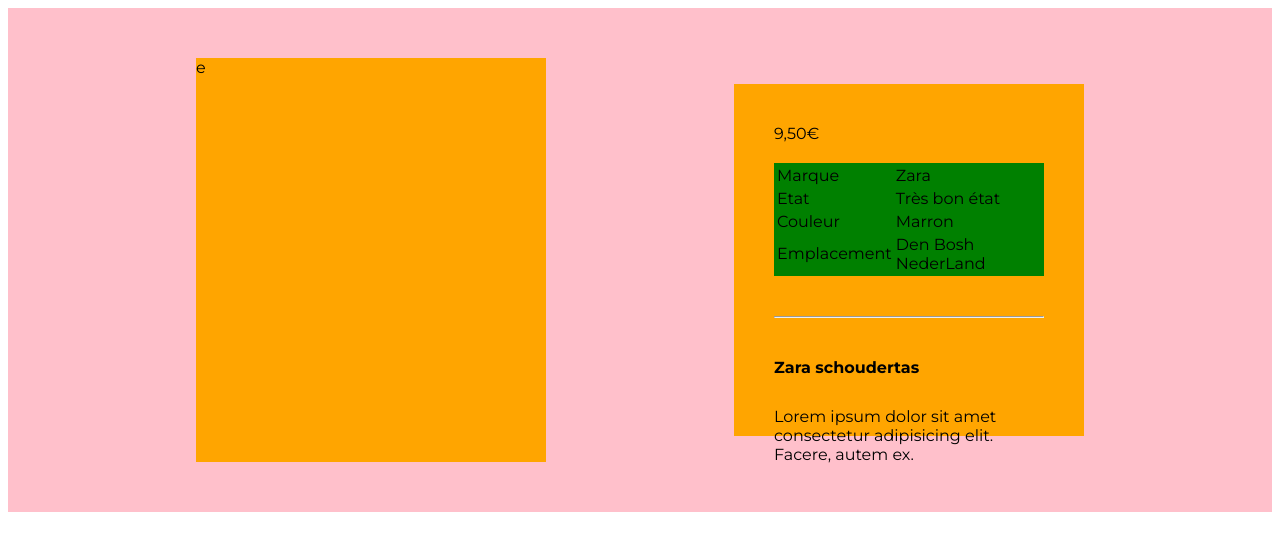
Repository: mel-in-a/vinted-front-clone
Page: html/offer.html
The author's editor kept a copy of each file at every save. The page is drawn from the files as they stood at one save, then again after the next save.
The browser window is 1280 px wide. The pictures show the whole page.

Above is the page before, as saved 2021-07-29 16:40:52.

After the next save:
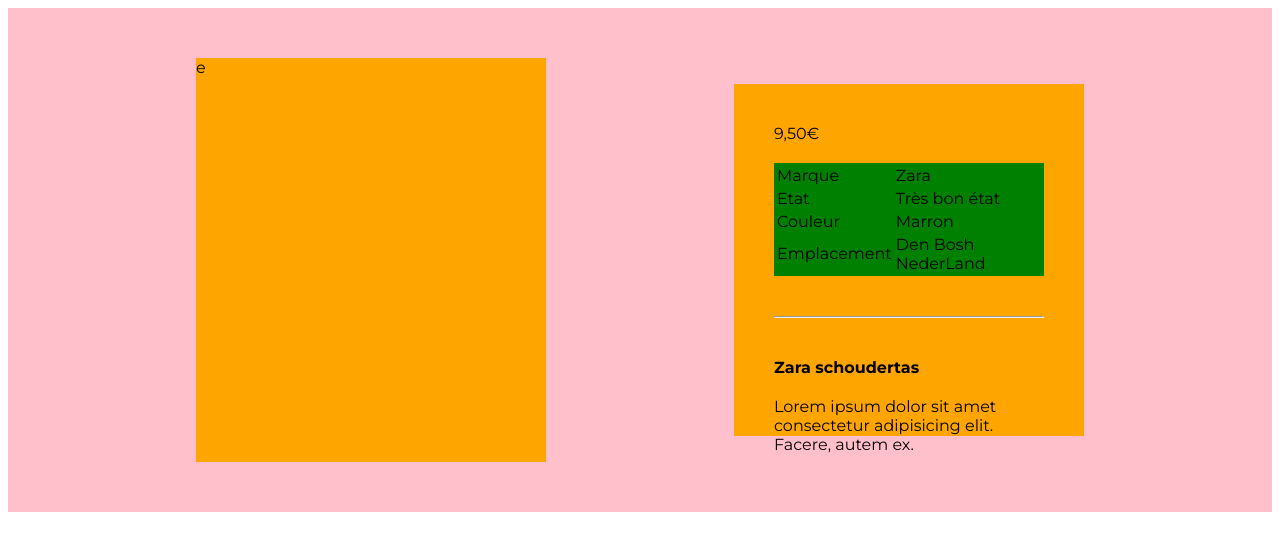
Saved 63 s later.
--- a/html/offer.css
+++ b/html/offer.css
@@ -41,5 +41,5 @@
 
 .offer .editor {
     font-weight: 700;
-    margin-bottom: 30px
+    margin-bottom: 20px
 }
